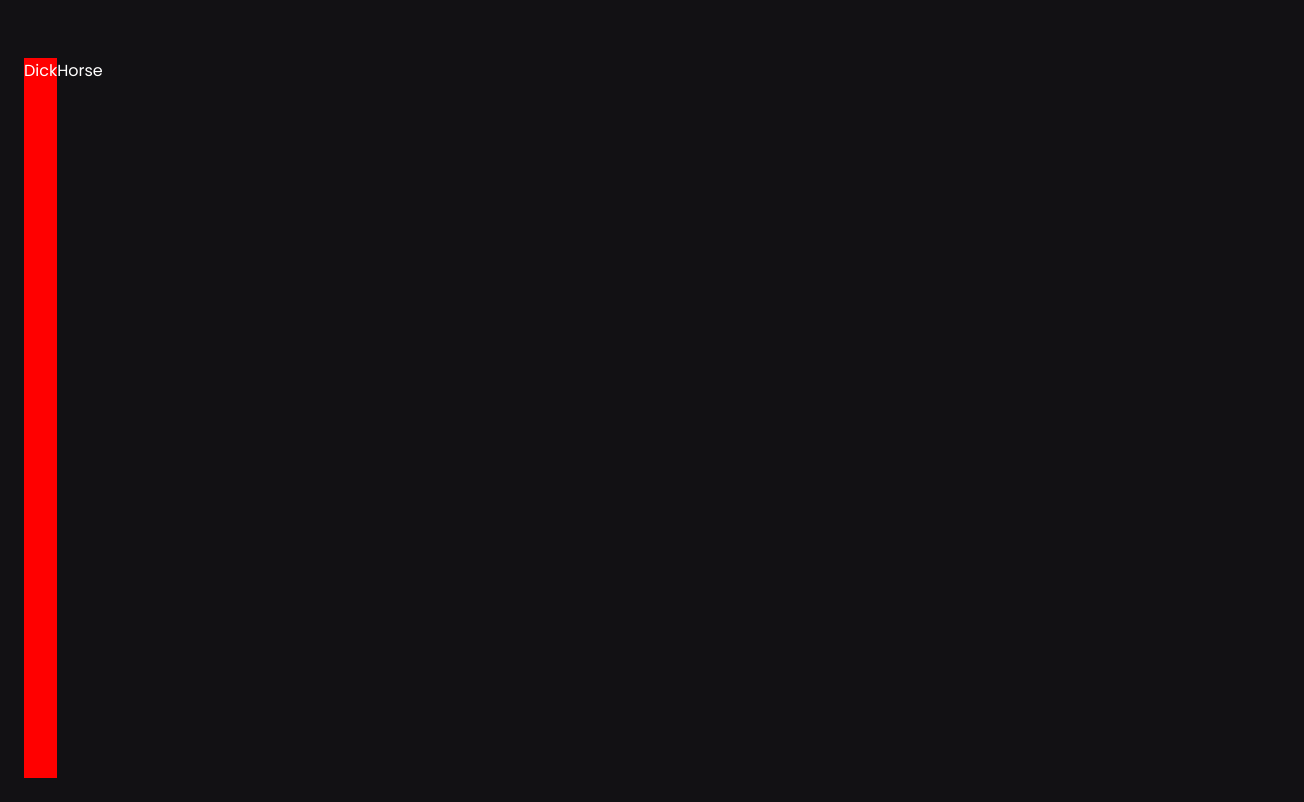
Repository: tjcages/adhoc
Page: /
The author's editor kept a copy of each file at every save. The page is drawn from the files as they stood at one save, then again after the next save.
The browser window is 1280 px wide. The page is 1304 px wide, so the pictures cover 1304 px, including what lies to the right of the window. The pictures show the whole page.
The project was rebuilt for these pictures with package versions that can differ from the ones it lists, and the page was loaded fresh each time.

Above is the page before, as saved 2021-03-11 15:36:47.

After the next save:
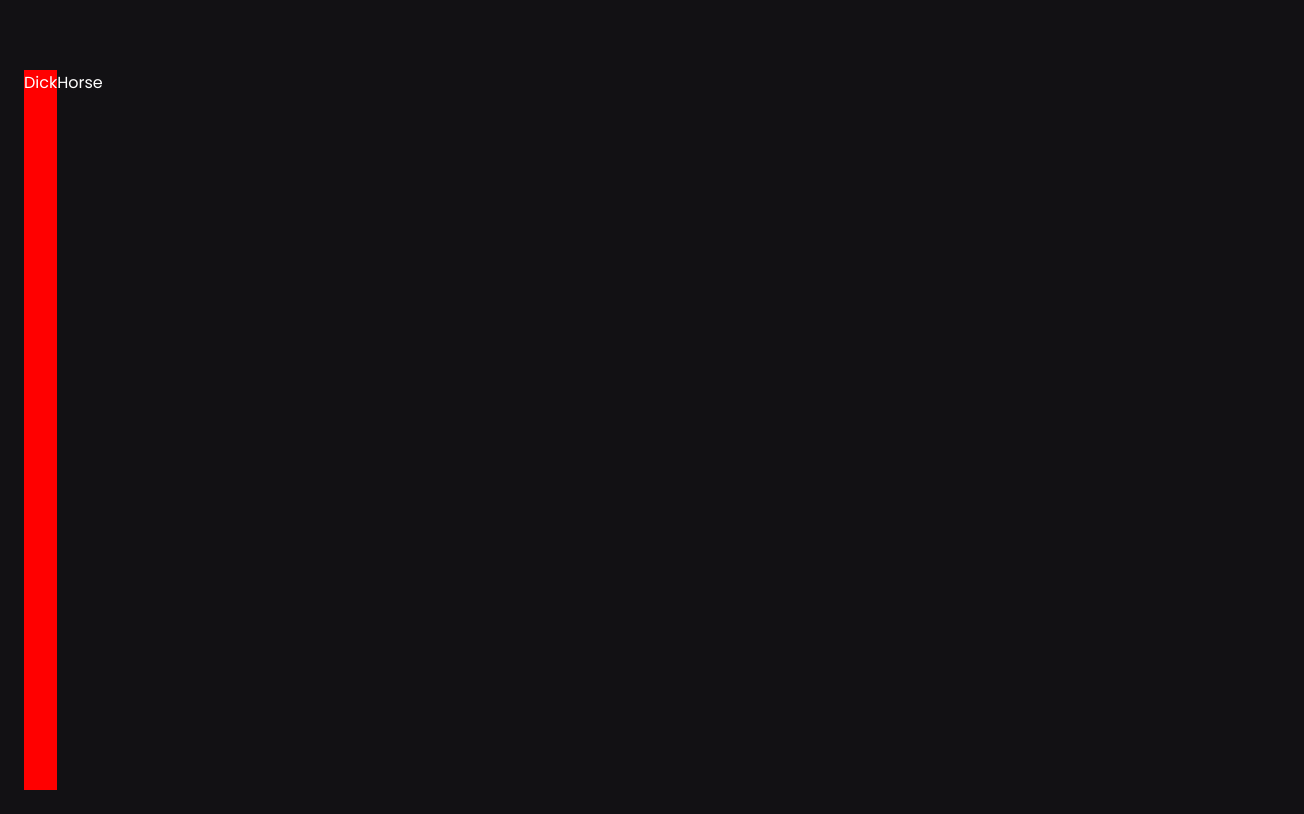
Saved 7 s later.
--- a/src/scss/_Layout.scss
+++ b/src/scss/_Layout.scss
@@ -1,5 +1,5 @@
 .layout_container {
-    margin-top: 24px;
+    margin-top: 36px;
     display: flex;
     width: 100vw;
     height: 100vh;
